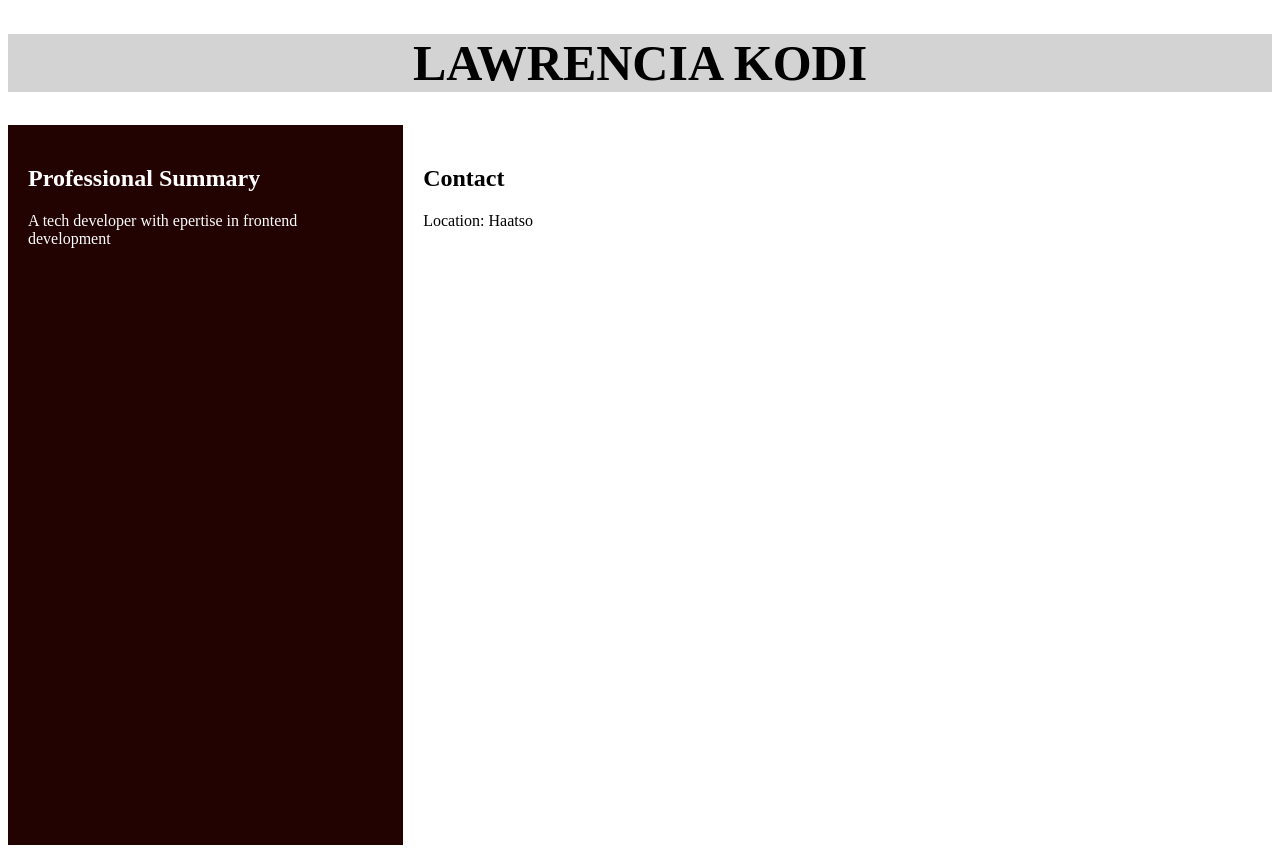
Repository: lawrencia-coder/T4G_CV
Page: index.html
These files come from the project's save history. The page is drawn as it stood at one moment and after a run of saves; the edit follows.
The browser window is 1280 px wide. The pictures show the whole page.
Some web libraries are served in a nearby version.

Above is the page before, as saved 2026-07-09 07:30:46.

After the next 2 saves:
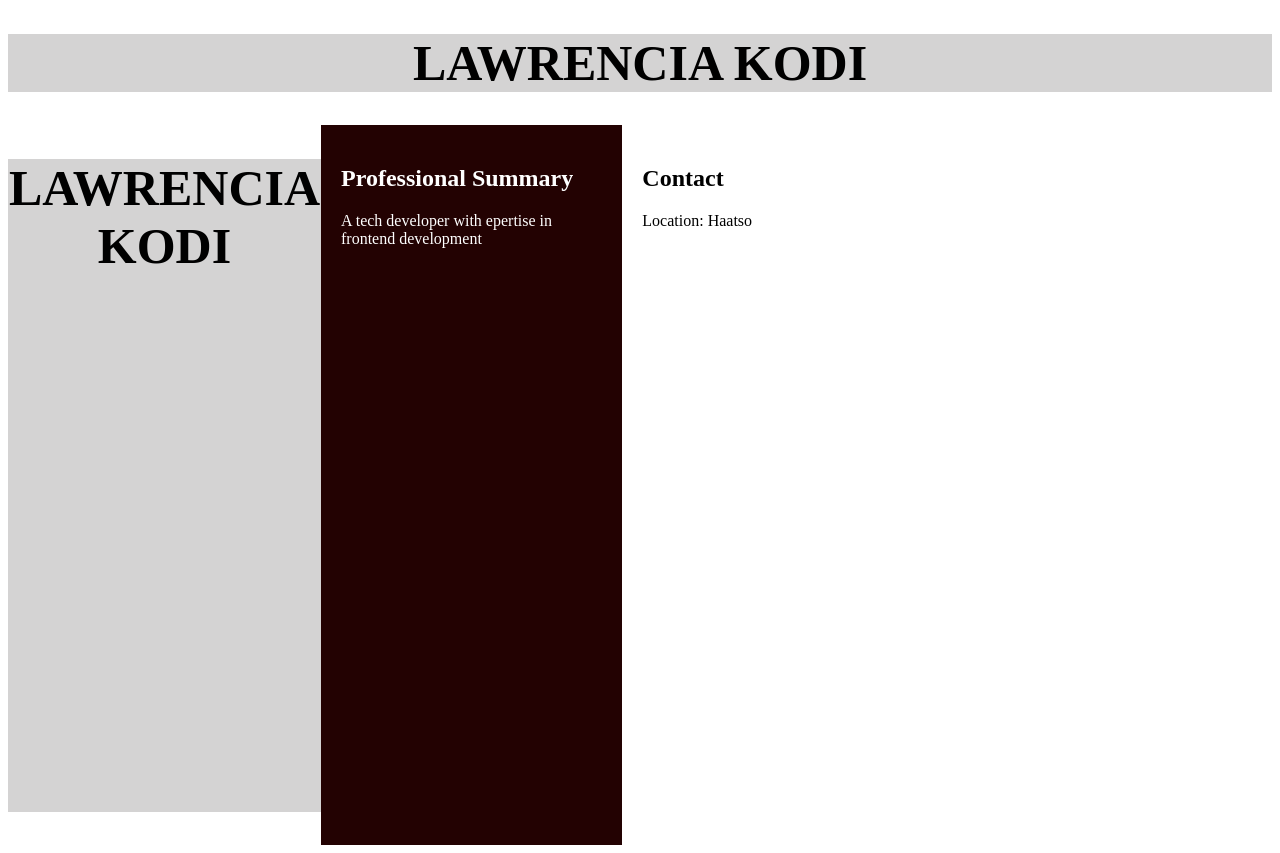
The 2 saves are shown as one change because they came seconds apart.
The last was saved 2 min 35 s later.
--- a/index.html
+++ b/index.html
@@ -10,6 +10,7 @@
 <body>
     <h1>LAWRENCIA KODI</h1>
     <div class="cv-container">
+        <h1>LAWRENCIA KODI</h1>
         <div class="left-column">
             <h2>Professional Summary</h2>
               <p>A tech developer with epertise in frontend development</p>

After the save that followed:
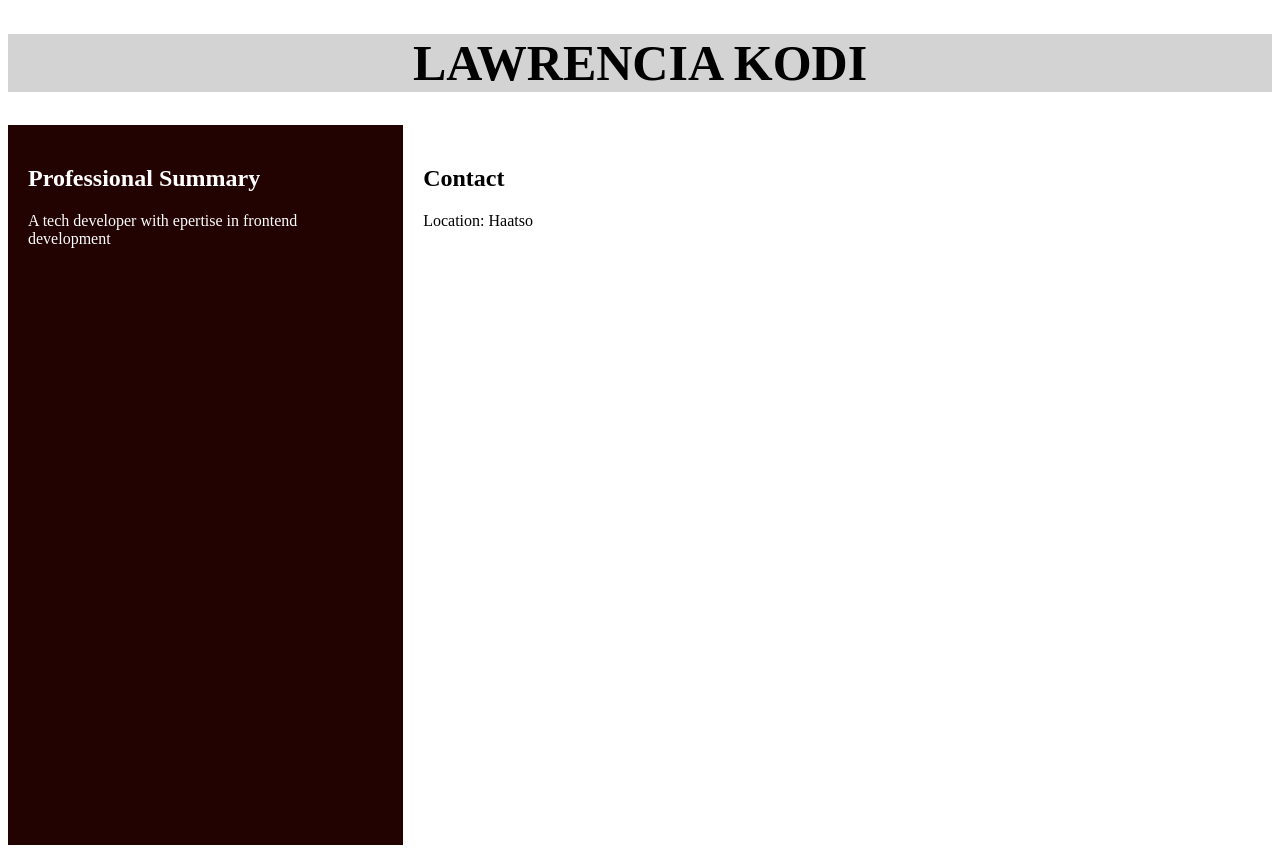
Saved 19 s later.
--- a/index.html
+++ b/index.html
@@ -10,7 +10,6 @@
 <body>
     <h1>LAWRENCIA KODI</h1>
     <div class="cv-container">
-        <h1>LAWRENCIA KODI</h1>
         <div class="left-column">
             <h2>Professional Summary</h2>
               <p>A tech developer with epertise in frontend development</p>
